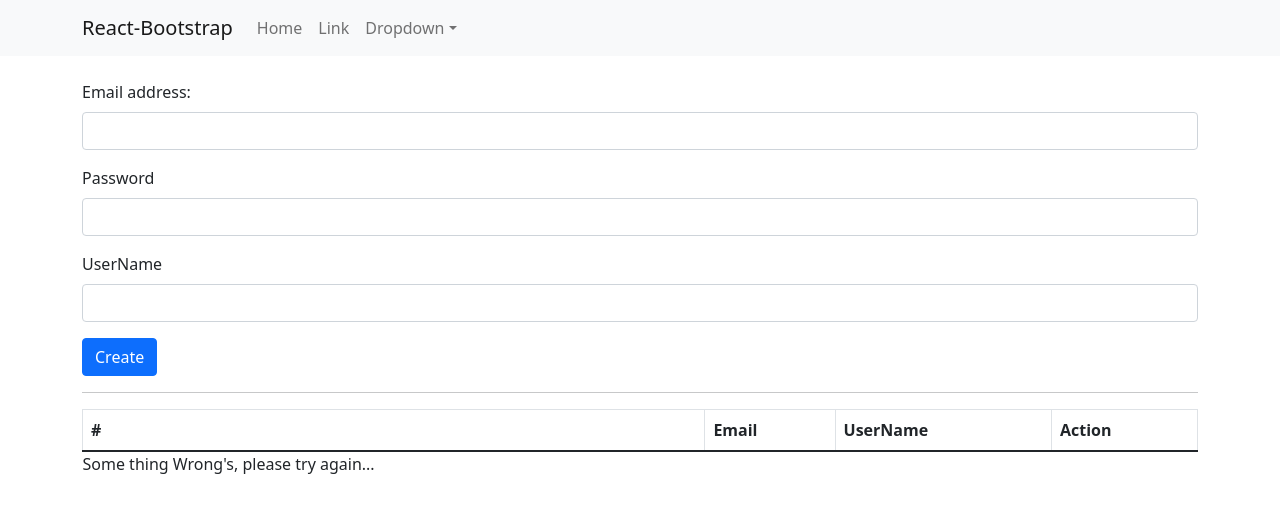
Repository: nnbxxx/-Redux-Ultimate---Redux
Page: /
An editor plug-in stored every save of this project. The page is shown before and after the next save, followed by the edit.
The browser window is 1280 px wide. The pictures show the whole page.
The page's requests for data from a server got no answer. The project was rebuilt for these pictures with package versions that can differ from the ones it lists, and the page was loaded fresh each time. No one was signed in, and anything a server would have sent is missing.

Above is the page before, as saved 2023-04-22 14:46:46.

### src/index.js
import React from "react";
import ReactDOM from "react-dom";
import "./index.css";
import App from "./App";
import reportWebVitals from "./reportWebVitals";
import { Provider } from "react-redux";
import store from "./redux/store";
import "bootstrap/dist/css/bootstrap.min.css";
ReactDOM.render(
  <Provider store={store}>
    <React.StrictMode>
      <App />
    </React.StrictMode>
  </Provider>,
  document.getElementById("root")
);

// If you want to start measuring performance in your app, pass a function
// to log results (for example: reportWebVitals(console.log))
// or send to an analytics endpoint. Learn more: https://bit.ly/CRA-vitals
reportWebVitals();

### src/App.js
// import "./App.css";
import Home from "./components/Home";
function App(props) {
  return (
    <div className='App'>
      <Home />
    </div>
  );
}
export default App;

### src/redux/store.js
import { createStore, applyMiddleware } from "redux";
import thunkMiddleware from "redux-thunk";
import rootReducer from "../reducer/rootReducer.js";
import { composeWithDevTools } from "redux-devtools-extension";
const store = createStore(
  rootReducer,
  composeWithDevTools(applyMiddleware(thunkMiddleware))
);

export default store;

### src/components/Home.js
import FormAddNew from "./FormAddNew";
import Header from "./Header";
import TableUser from "./TableUser";

const Home = (props) => {
  return (
    <>
      <Header />
      <FormAddNew />
      <TableUser />
    </>
  );
};
export default Home;

### src/reducer/rootReducer.js
import { combineReducers } from "redux";

import counterReducer from "./counterReducer.js";
import userReducer from "./userReducer.js";

const rootReducer = combineReducers({
  counter: counterReducer,
  user: userReducer,
});

export default rootReducer;

### src/components/FormAddNew.js
import Container from "react-bootstrap/Container";
import Button from "react-bootstrap/Button";
import Form from "react-bootstrap/Form";
import { useState } from "react";
import { useDispatch, useSelector } from "react-redux";
import { createNewUser } from "../action/actions";

const FormAddNew = (props) => {
  const [email, setEmail] = useState("");
  const [username, setUsername] = useState("");
  const [password, setPassword] = useState("");
  const isCreating = useSelector((state) => {
    return state.user.isCreating;
  });
  const dispatch = useDispatch();
  const handleCreateNewUser = () => {
    dispatch(createNewUser(email, password, username));
    setEmail("");
    setPassword("");
    setUsername("");
  };
  return (
    <>
      <Container>
        <br />
        <Form>
          <Form.Group className='mb-3'>
            <Form.Label>Email address: </Form.Label>
            <Form.Control
              type='email'
              value={email}
              onChange={(e) => {
                setEmail(e.target.value);
              }}
            />
          </Form.Group>
          <Form.Group className='mb-3'>
            <Form.Label>Password</Form.Label>
            <Form.Control
              type='password'
              value={password}
              onChange={(e) => {
                setPassword(e.target.value);
              }}
            />
          </Form.Group>
          <Form.Group className='mb-3'>
            <Form.Label>UserName</Form.Label>
            <Form.Control
              type='text'
              value={username}
              onChange={(e) => {
                setUsername(e.target.value);
              }}
            />
          </Form.Group>
        </Form>
        <Button
          variant='primary'
          disabled={isCreating}
          onClick={() => handleCreateNewUser()}
        >
          Create
        </Button>
      </Container>
    </>
  );
};
export default FormAddNew;

### src/components/Header.js
import Container from "react-bootstrap/Container";
import Nav from "react-bootstrap/Nav";
import Navbar from "react-bootstrap/Navbar";
import NavDropdown from "react-bootstrap/NavDropdown";
const Header = () => {
  return (
    <>
      <Navbar bg='light' expand='lg'>
        <Container>
          <Navbar.Brand href='#home'>React-Bootstrap</Navbar.Brand>
          <Navbar.Toggle aria-controls='basic-navbar-nav' />
          <Navbar.Collapse id='basic-navbar-nav'>
            <Nav className='me-auto'>
              <Nav.Link href='#home'>Home</Nav.Link>
              <Nav.Link href='#link'>Link</Nav.Link>
              <NavDropdown title='Dropdown' id='basic-nav-dropdown'>
                <NavDropdown.Item href='#action/3.1'>Action</NavDropdown.Item>
                <NavDropdown.Item href='#action/3.2'>
                  Another action
                </NavDropdown.Item>
                <NavDropdown.Item href='#action/3.3'>
                  Something
                </NavDropdown.Item>
                <NavDropdown.Divider />
                <NavDropdown.Item href='#action/3.4'>
                  Separated link
                </NavDropdown.Item>
              </NavDropdown>
            </Nav>
          </Navbar.Collapse>
        </Container>
      </Navbar>
    </>
  );
};
export default Header;

### src/components/TableUser.js
import Container from "react-bootstrap/Container";
import Table from "react-bootstrap/Table";

import { useEffect } from "react";
import { Button } from "react-bootstrap";
import { useDispatch, useSelector } from "react-redux";
import { fetchAllUser, deleteUserRedux } from "../action/actions";
const TableUser = (props) => {
  const listUsers = useSelector((state) => state.user.listUsers);
  const isLoading = useSelector((state) => state.user.isLoading);
  const isError = useSelector((state) => state.user.isError);
  const dispatch = useDispatch();
  const handleDelete = (user) => {
    dispatch(deleteUserRedux(user.id));
  };
  useEffect(() => {
    dispatch(fetchAllUser());
  }, []);
  return (
    <Container>
      <hr />
      <Table striped bordered hover>
        <thead>
          <tr>
            <th>#</th>
            <th>Email</th>
            <th>UserName</th>
            <th>Action</th>
          </tr>
        </thead>
        <tbody>
          {isError === true ? (
            <>
              <div>Some thing Wrong's, please try again...</div>
            </>
          ) : (
            <>
              {isLoading === true ? (
                <>
                  {" "}
                  <div> loading data </div>{" "}
                </>
              ) : (
                <>
                  {listUsers &&
                    listUsers.length > 0 &&
                    listUsers.map((item, index) => {
                      return (
                        <tr key={`users123-${index}`}>
                          <td>{index + 1}</td>
                          <td>{item.email}</td>
                          <td>{item.username}</td>
                          <td>
                            <Button variant='warning'>Edit</Button>{" "}
                            <Button
                              variant='danger'
                              onClick={(e) => {
                                handleDelete(item);
                              }}
                            >
                              Delete
                            </Button>{" "}
                          </td>
                        </tr>
                      );
                    })}
                </>
              )}
            </>
          )}
        </tbody>
      </Table>
    </Container>
  );
};
export default TableUser;

### src/reducer/counterReducer.js
import { INCREMENT, DECREMENT } from "../action/types.js";

const INITIAL_STATE = {
  count: 0,
};

const reducer = (state = INITIAL_STATE, action) => {
  switch (action.type) {
    case INCREMENT:
      return {
        ...state,
        count: state.count + 1,
      };

    case DECREMENT:
      return {
        ...state,
        count: state.count - 1,
      };

    default:
      return state;
  }
};

export default reducer;

### src/reducer/userReducer.js
import {
  FETCH_USER_REQUEST,
  FETCH_USER_SUCCESS,
  FETCH_USER_ERROR,
  CREATE_USER_REQUEST,
  CREATE_USER_SUCCESS,
  CREATE_USER_ERROR,
  DELETE_USER_REQUEST,
  DELETE_USER_SUCCESS,
  DELETE_USER_ERROR,
} from "../action/types.js";

const INITIAL_STATE = {
  listUsers: [],
  isLoading: false,
  isCreating: false,
  isError: false,
};

const userReducer = (state = INITIAL_STATE, action) => {
  switch (action.type) {
    case FETCH_USER_REQUEST:
      return {
        ...state,
        isLoading: true,
        isError: false,
      };
    case FETCH_USER_SUCCESS:
      return {
        ...state,
        listUsers: action.dataUsers,
        isLoading: false,
        isError: false,
      };
    case FETCH_USER_ERROR:
      return {
        ...state,
        isLoading: false,
        isError: true,
      };
    case CREATE_USER_REQUEST:
      return {
        ...state,
        isCreating: true,
      };
    case CREATE_USER_SUCCESS:
      return {
        ...state,
        isCreating: false,
      };
    case CREATE_USER_ERROR:
      return {
        ...state,
        isCreating: false,
      };
    default:
      return state;
  }
};

export default userReducer;

### src/action/actions.js
import axios from "axios";
import {
  INCREMENT,
  DECREMENT,
  FETCH_USER_REQUEST,
  FETCH_USER_SUCCESS,
  FETCH_USER_ERROR,
  CREATE_USER_REQUEST,
  CREATE_USER_SUCCESS,
  CREATE_USER_ERROR,
  DELETE_USER_REQUEST,
  DELETE_USER_SUCCESS,
  DELETE_USER_ERROR,
} from "./types.js";

export const increaseCounter = () => {
  return {
    type: INCREMENT,
  };
};

export const decreaseCounter = () => {
  return {
    type: DECREMENT,
  };
};
export const fetchAllUser = () => {
  return async (dispatch, getState) => {
    dispatch(fetchUserRequest());
    try {
      const re = await axios.get("http://localhost:8080/users/all");
      const data = re && re.data ? re.data : [];
      dispatch(fetchUserSuccess(data));
    } catch (error) {
      console.log("🚀 ~ file: actions.js:29 ~ return ~ error:", error);
      dispatch(fetchUserError());
    }
  };
};
export const fetchUserRequest = () => {
  return {
    type: FETCH_USER_REQUEST,
  };
};

export const fetchUserSuccess = (data) => {
  return {
    type: FETCH_USER_SUCCESS,
    dataUsers: data,
  };
};

export const fetchUserError = () => {
  return {
    type: FETCH_USER_ERROR,
  };
};
export const createUserRequest = () => {
  return {
    type: CREATE_USER_REQUEST,
  };
};

export const createUserSuccess = () => {
  return {
    type: CREATE_USER_SUCCESS,
  };
};

export const createUserError = () => {
  return {
    type: CREATE_USER_ERROR,
  };
};

export const createNewUser = (email, password, username) => {
  return async (dispatch, getState) => {
    dispatch(createUserRequest());
    try {
      const re = await axios.post("http://localhost:8080/users/create", {
        email,
        password,
        username,
      });
      if (re && re.data.errCode === 0) {
        dispatch(createUserSuccess());
        dispatch(fetchAllUser());
      }
    } catch (error) {
      console.log("🚀 ~ file: actions.js:78 ~ return ~ error:", error);
      dispatch(createUserError());
    }
  };
};
export const deleteUserRequest = () => {
  return {
    type: DELETE_USER_REQUEST,
  };
};

export const deleteUserSuccess = () => {
  return {
    type: DELETE_USER_SUCCESS,
  };
};

export const deleteUserError = () => {
  return {
    type: DELETE_USER_ERROR,
  };
};
export const deleteUserRedux = (id) => {
  return async (dispatch, getState) => {
    dispatch(deleteUserRequest());
    try {
      const re = await axios.post(`http://localhost:8080/users/delete/${id}`);
      if (re && re.data.errCode === 0) {
        dispatch(deleteUserSuccess());
        dispatch(fetchAllUser());
      }
    } catch (error) {
      console.log("🚀 ~ file: actions.js:118 ~ return ~ error:", error);
      dispatch(deleteUserError());
    }
  };
};

### src/action/types.js
export const INCREMENT = "INCREMENT";

export const DECREMENT = "DECREMENT";
export const FETCH_USER_REQUEST = "FETCH_USER_REQUEST";
export const FETCH_USER_SUCCESS = "FETCH_USER_SUCCESS";
export const FETCH_USER_ERROR = "FETCH_USER_ERROR";

export const CREATE_USER_REQUEST = "CREATE_USER_REQUEST";
export const CREATE_USER_SUCCESS = "CREATE_USER_SUCCESS";
export const CREATE_USER_ERROR = "CREATE_USER_ERROR";

export const DELETE_USER_REQUEST = "DELETE_USER_REQUEST";
export const DELETE_USER_SUCCESS = "DELETE_USER_SUCCESS";
export const DELETE_USER_ERROR = "DELETE_USER_ERROR";

Loaded but not shown: public/index.html (common file); src/index.css (common file); src/reportWebVitals.js (common file)

After the next save:
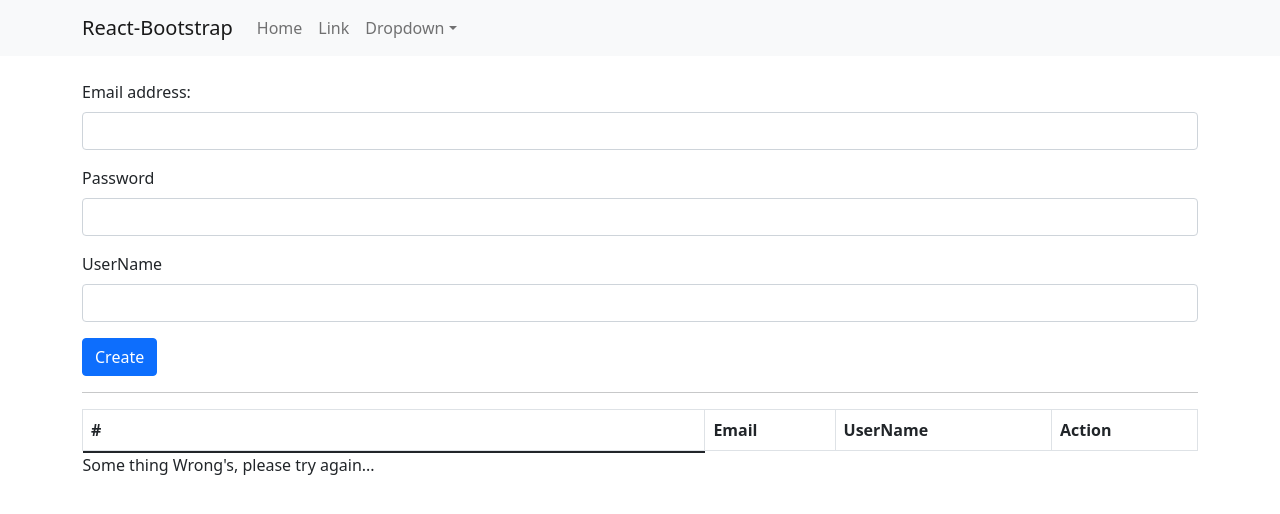
Saved 29 s later.
--- a/src/components/TableUser.js
+++ b/src/components/TableUser.js
@@ -28,7 +28,7 @@
             <th>Action</th>
           </tr>
         </thead>
-        <tbody>
+        <>
           {isError === true ? (
             <>
               <div>Some thing Wrong's, please try again...</div>
@@ -68,7 +68,7 @@
               )}
             </>
           )}
-        </tbody>
+        </>
       </Table>
     </Container>
   );

After the save that followed:
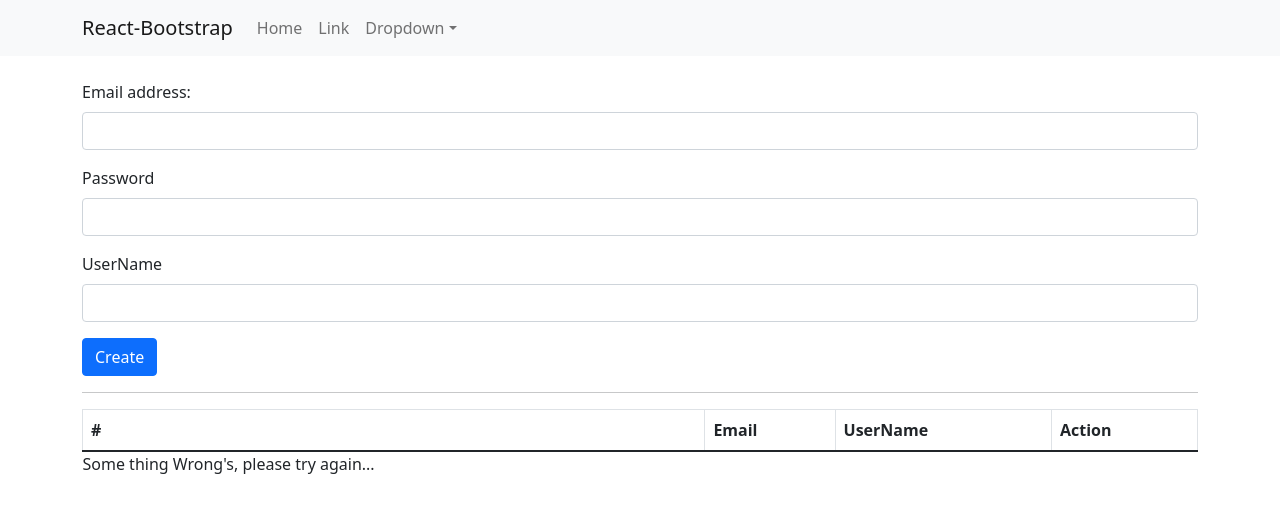
Saved 9 s later.
--- a/src/components/TableUser.js
+++ b/src/components/TableUser.js
@@ -28,7 +28,7 @@
             <th>Action</th>
           </tr>
         </thead>
-        <>
+        <tbody>
           {isError === true ? (
             <>
               <div>Some thing Wrong's, please try again...</div>
@@ -68,7 +68,7 @@
               )}
             </>
           )}
-        </>
+        </tbody>
       </Table>
     </Container>
   );
